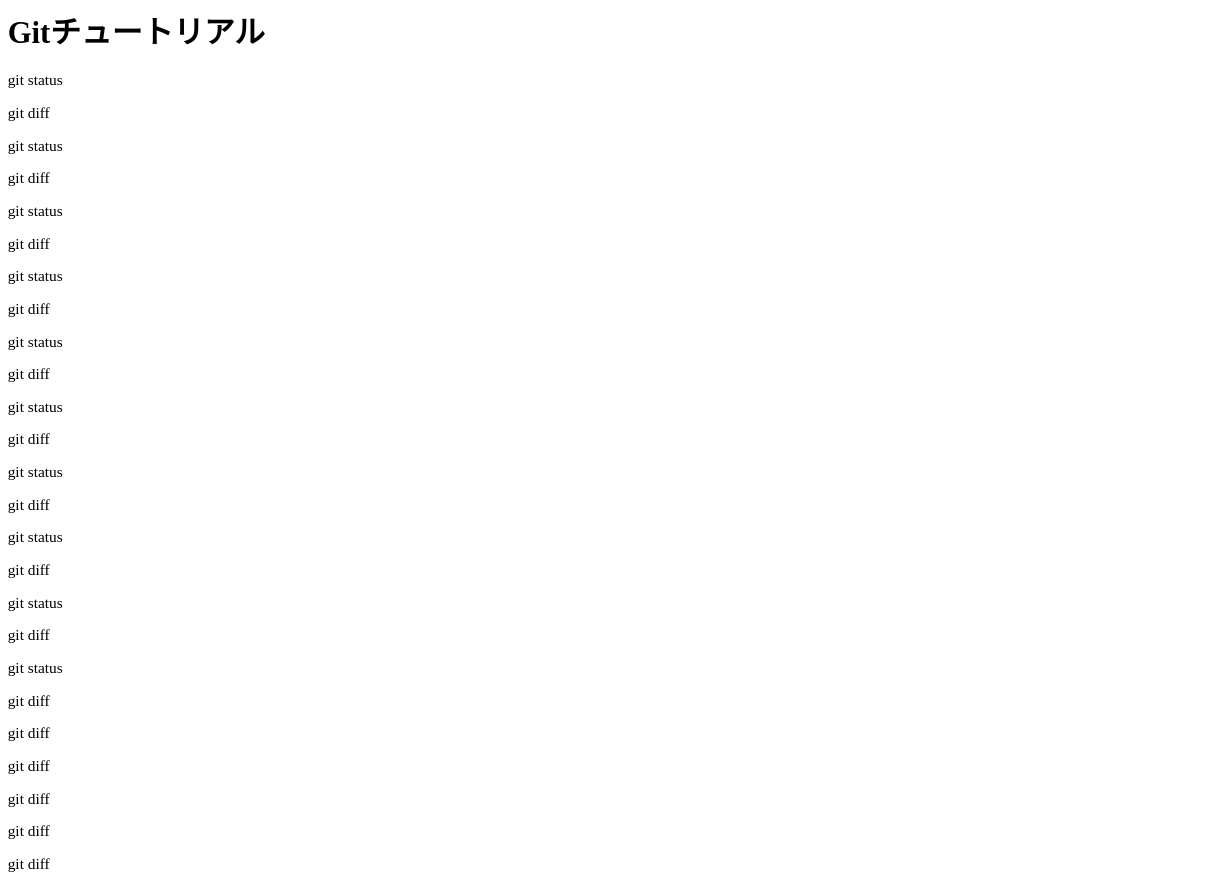
Repository: yuukiyokoyama/git_tutorial
Page: index.html
These files come from the project's save history. The page is drawn as it stood at one moment and after the next save; the edit follows.
The browser window is 1280 px wide. The pictures show the whole page, at 96% of full size.

Above is the page before, as saved 2021-09-19 23:41:13.

### index.html
<h1>Gitチュートリアル</h1>
<p>git status</p>
<p>git diff</p>
<p>git status</p>
<p>git diff</p>

<p>git status</p>
<p>git diff</p>

<p>git status</p>
<p>git diff</p>

<p>git status</p>
<p>git diff</p>

<p>git status</p>
<p>git diff</p>

<p>git status</p>
<p>git diff</p>

<p>git status</p>
<p>git diff</p>
<p>git status</p>
<p>git diff</p>
<p>git status</p>
<p>git diff</p>
<p>git diff</p>
<p>git diff</p>

<p>git diff</p>
<p>git diff</p>
<p>git diff</p>

After the next save:
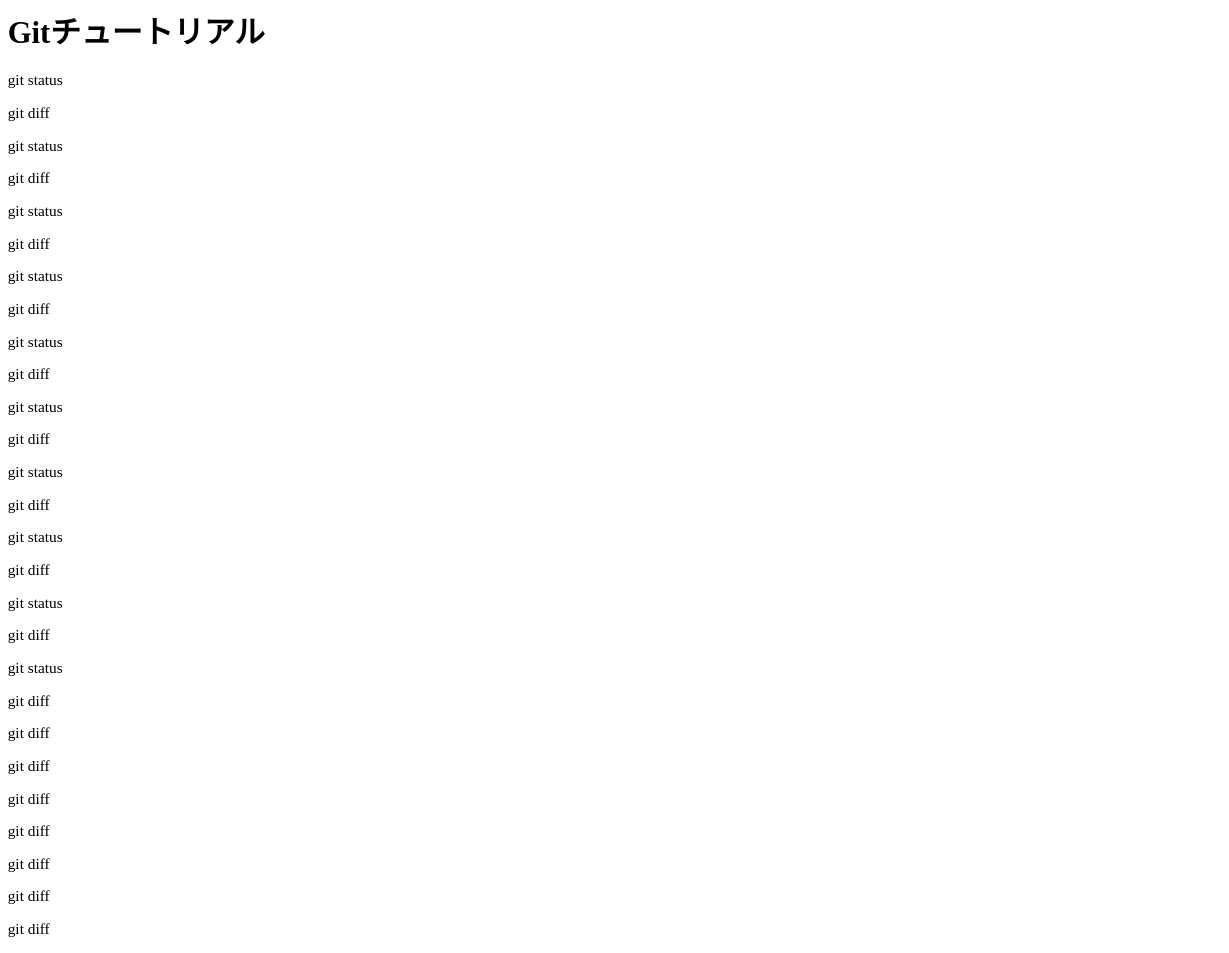
Saved 34 s later.
--- a/index.html
+++ b/index.html
@@ -31,3 +31,5 @@
 <p>git diff</p>
 <p>git diff</p>
 <p>git diff</p>
+<p>git diff</p>
+<p>git diff</p>
